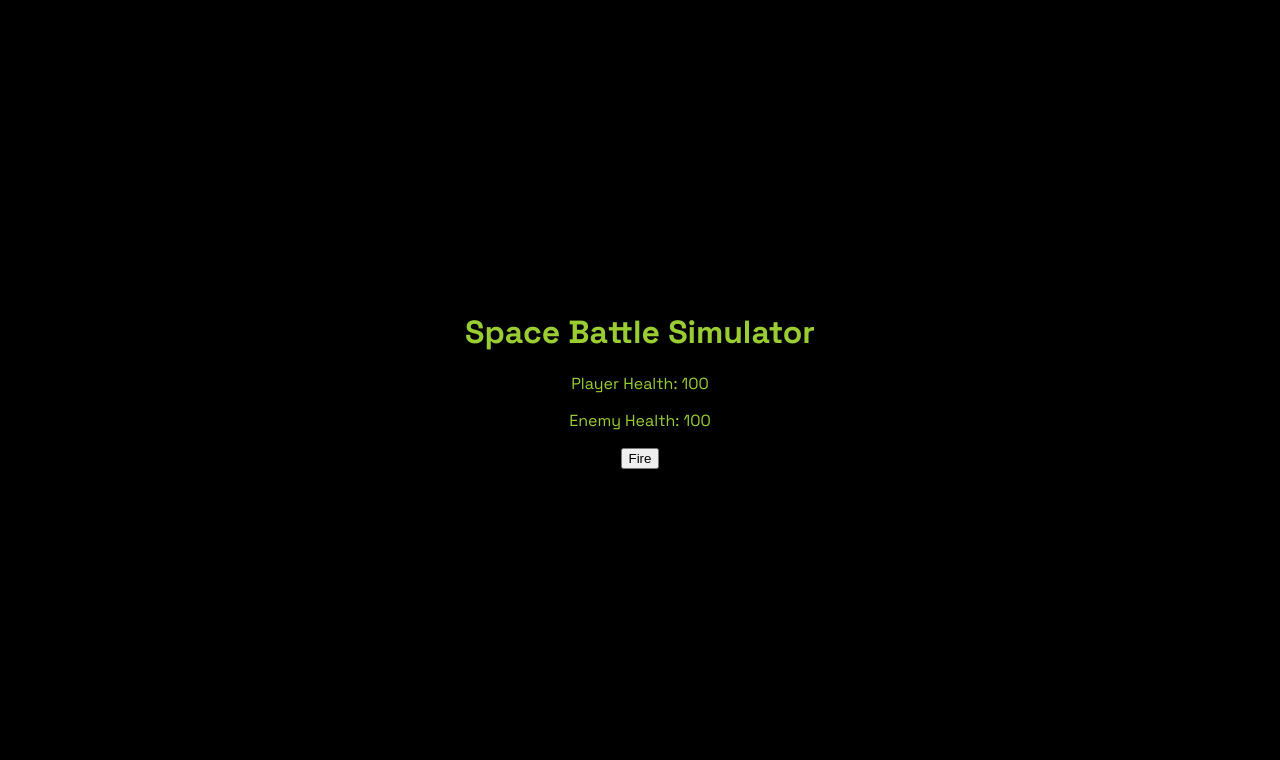
Repository: rmdayberry/Space-Battle
Page: /
An editor plug-in stored every save of this project. The page is shown before and after the next save, followed by the edit.
The browser window is 1280 px wide. The pictures show the whole page.
The project was rebuilt for these pictures with package versions that can differ from the ones it lists, and the page was loaded fresh each time. Also part of the build but not shown: vite.config.js, src/App.css.

Above is the page before, as saved 2024-08-24 10:44:31.

After the next save:
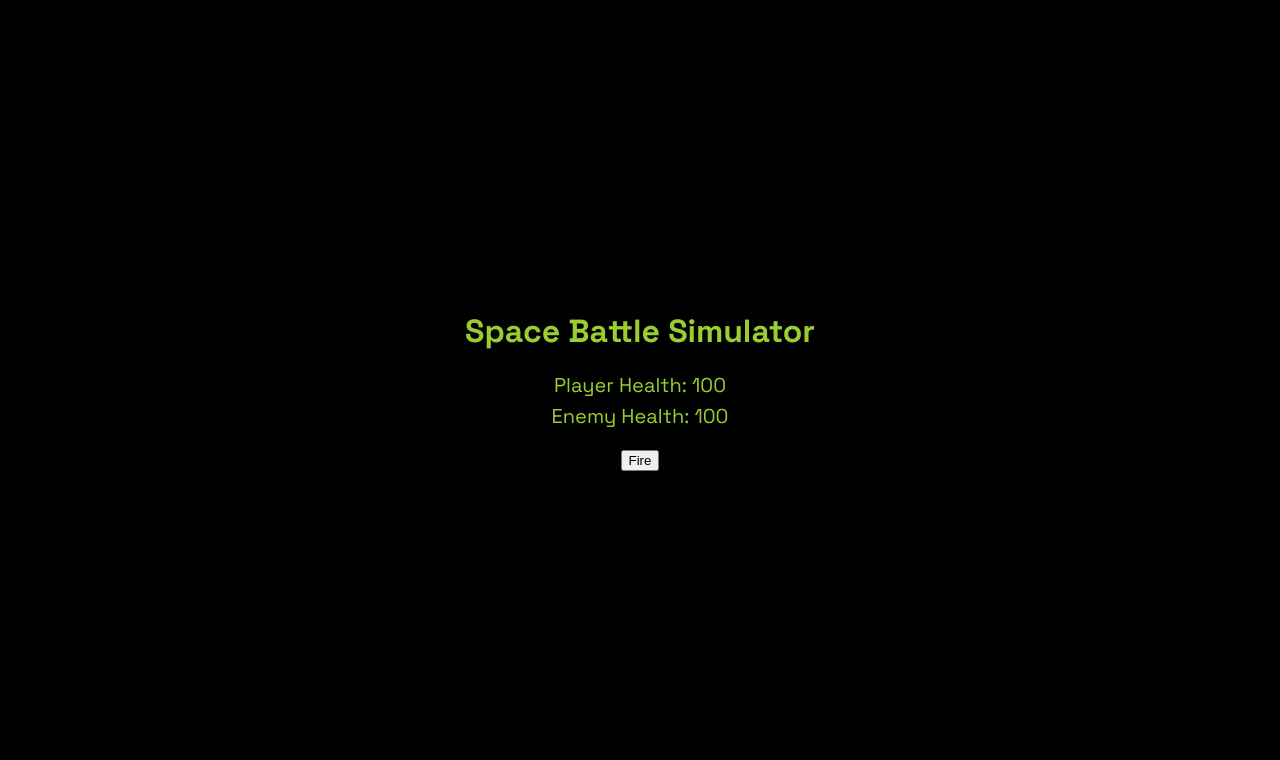
Saved 19 s later.
--- a/src/Health.css
+++ b/src/Health.css
@@ -1,7 +1,7 @@
-.Health {
+.health-display {
   margin: 20px 0;
 }
-.Health p {
+.health-display p {
   font-size: 20px;
   margin: 5px 0;
 }
